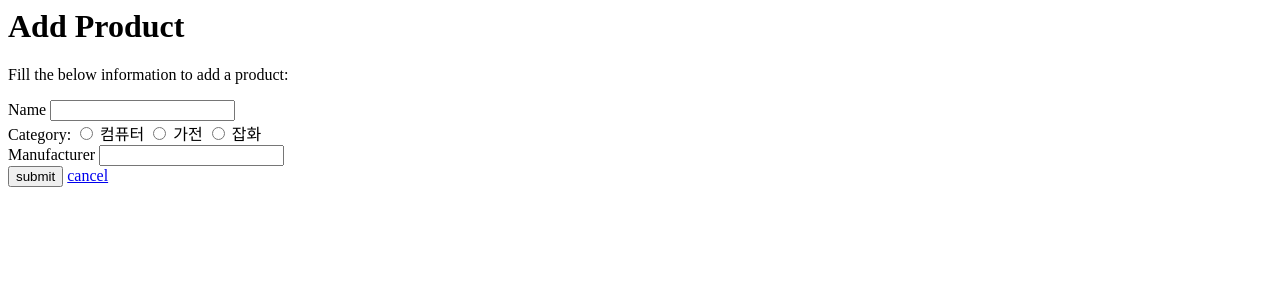
Repository: JHeart/Spring
Page: http://localhost/eStore/WEB-INF/views/addProduct.jsp
The author's editor kept a copy of each file at every save. The page is drawn from the files as they stood at one save, then again after the next save.
The browser window is 1280 px wide. The pictures show the whole page.
The page is served by Tomcat 9. Nobody is signed in. Other server files are loaded and not shown. The template is opened directly, without the code that normally fills it, so the values that code supplies are empty.

Above is the page before, as saved 2018-03-24 05:42:31.

### workspace/eStore/src/main/webapp/WEB-INF/views/addProduct.jsp
<%@ taglib uri="http://java.sun.com/jsp/jstl/core" prefix="c"%>
<%@ taglib uri="http://www.springframework.org/tags/form" prefix="sf"%>
<%@ page language="java" contentType="text/html; charset=UTF-8"
	pageEncoding="UTF-8"%>

<div class="container-wrapper">
	<div class="container">
		<h1>Add Product</h1>
		<p class="lead">Fill the below information to add a product:</p>

		<sf:form
			action="${pageContext.request.contextPath}/admin/productInventory/addProduct"
			method="post" modelAttribute="product">

			<div class="form-group">
				<label for="name">Name</label>
				<sf:input path="name" id="name" class="form-control" />
			</div>

			<div class="form-group">
				<label for="category">Category:</label>
				<sf:radiobutton path="category" id="category" value="컴퓨터" />
				컴퓨터
				<sf:radiobutton path="category" id="category" value="가전" />
				가전
				<sf:radiobutton path="category" id="category" value="잡화" />
				잡화
			</div>

			<div class="form-group">
				<label for="manufacturer">Manufacturer</label>
				<sf:input path="manufacturer" id="manufacturer" class="form-control" />
			</div>

			<input type="submit" value="submit" class="btn btn-default">
			<a href="<c:url value="/admin/productInventory" />"
				class="btn btn-default">cancel</a>
		</sf:form>
		<br />
	</div>
</div>

After the next save:
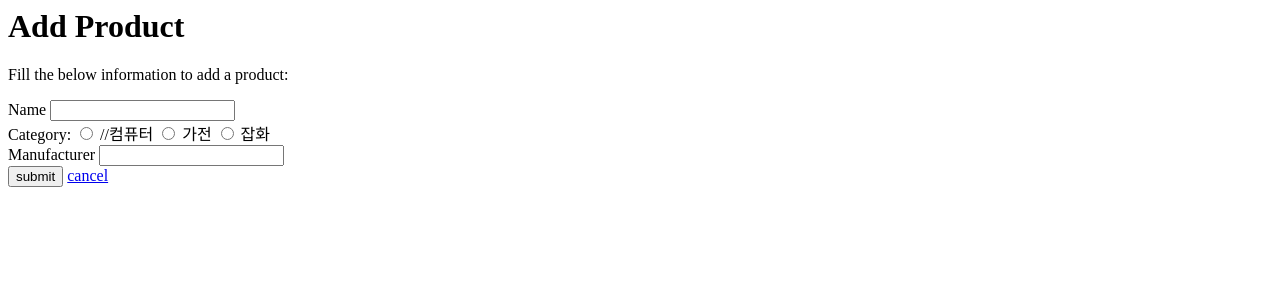
Saved 3 h 44 min later.
--- a/workspace/eStore/src/main/webapp/WEB-INF/views/addProduct.jsp
+++ b/workspace/eStore/src/main/webapp/WEB-INF/views/addProduct.jsp
@@ -20,7 +20,7 @@
 			<div class="form-group">
 				<label for="category">Category:</label>
 				<sf:radiobutton path="category" id="category" value="컴퓨터" />
-				컴퓨터
+				//컴퓨터
 				<sf:radiobutton path="category" id="category" value="가전" />
 				가전
 				<sf:radiobutton path="category" id="category" value="잡화" />

After the save that followed:
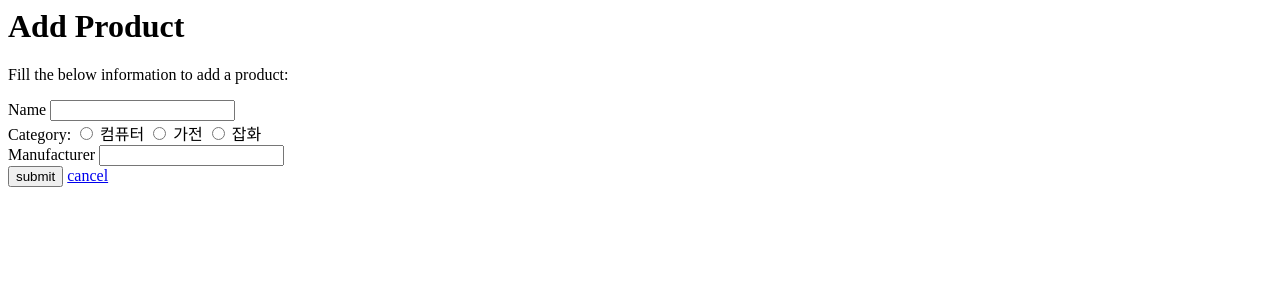
Saved 5 s later.
--- a/workspace/eStore/src/main/webapp/WEB-INF/views/addProduct.jsp
+++ b/workspace/eStore/src/main/webapp/WEB-INF/views/addProduct.jsp
@@ -20,7 +20,7 @@
 			<div class="form-group">
 				<label for="category">Category:</label>
 				<sf:radiobutton path="category" id="category" value="컴퓨터" />
-				//컴퓨터
+				컴퓨터
 				<sf:radiobutton path="category" id="category" value="가전" />
 				가전
 				<sf:radiobutton path="category" id="category" value="잡화" />
